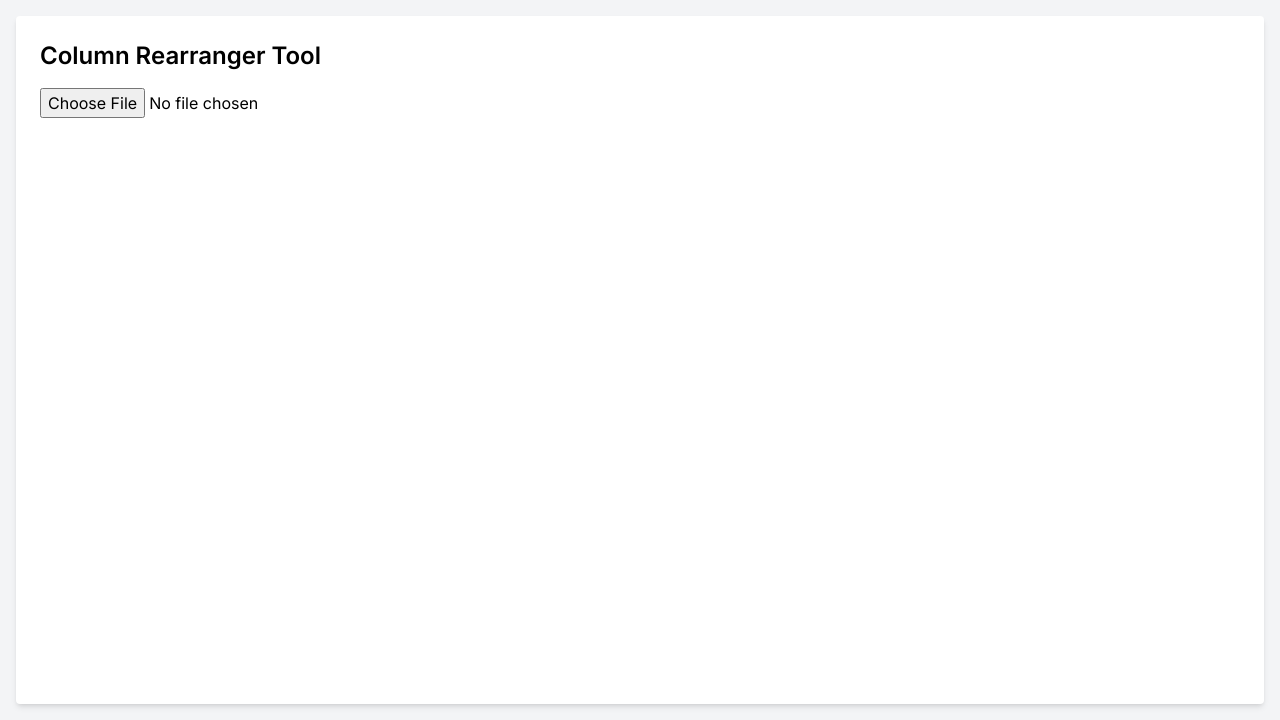
Repository: Wilderness-Committee/ColumnRearranger
Page: /
These files come from the project's save history. The page is drawn as it stood at one moment and after the next save; the edit follows.
The browser window is 1280 px wide. The pictures show the whole page.
The project was rebuilt for these pictures with package versions that can differ from the ones it lists, and the page was loaded fresh each time. The framework's server and built-in components were replaced by stand-ins that run in the browser. Also part of the build but not shown: next.config.mjs.

Above is the page before, as saved 2024-05-28 09:19:20.

After the next save:
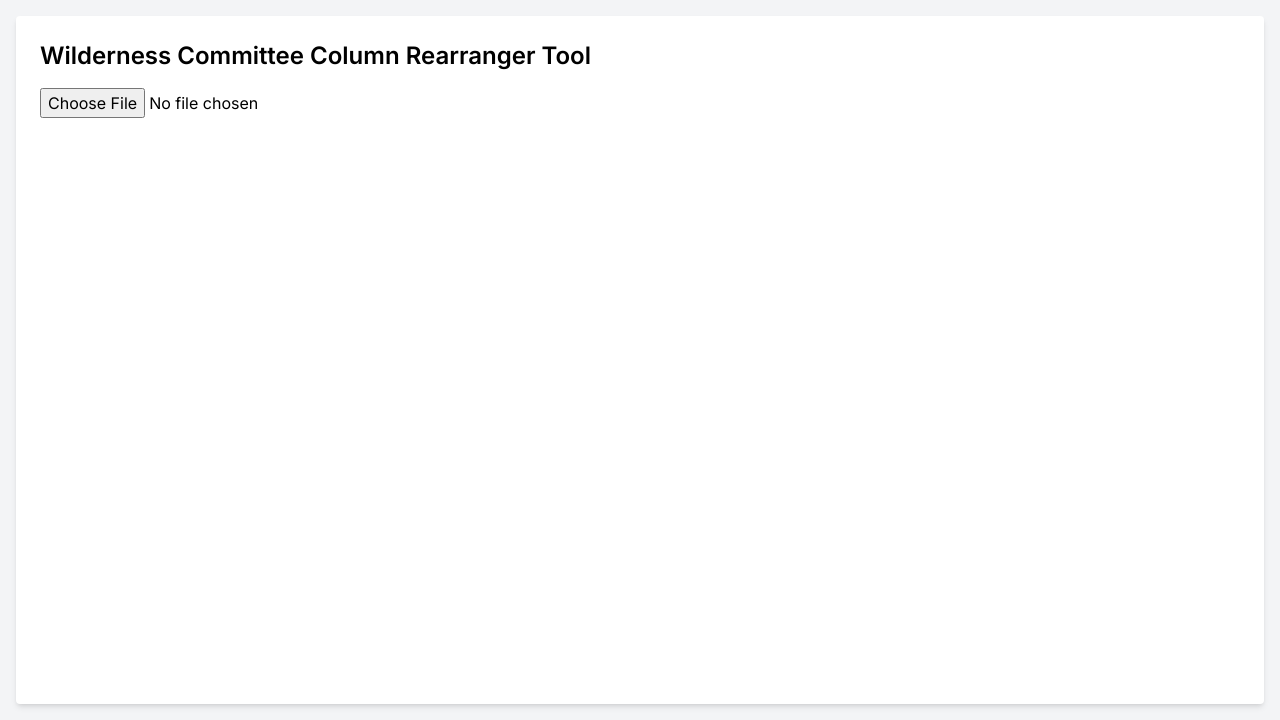
Saved 106 min 32 s later.
--- a/app/components/ColumnRearranger.tsx
+++ b/app/components/ColumnRearranger.tsx
@@ -67,7 +67,7 @@
     <div className="h-screen w-screen flex items-center justify-center bg-gray-100 p-4">
       <div className="bg-white shadow-md rounded p-6 h-full w-full flex flex-col">
         <h2 className="text-2xl font-semibold mb-4 text-black">
-          Column Rearranger Tool
+          Wilderness Committee Column Rearranger Tool
         </h2>
         <input
           type="file"
